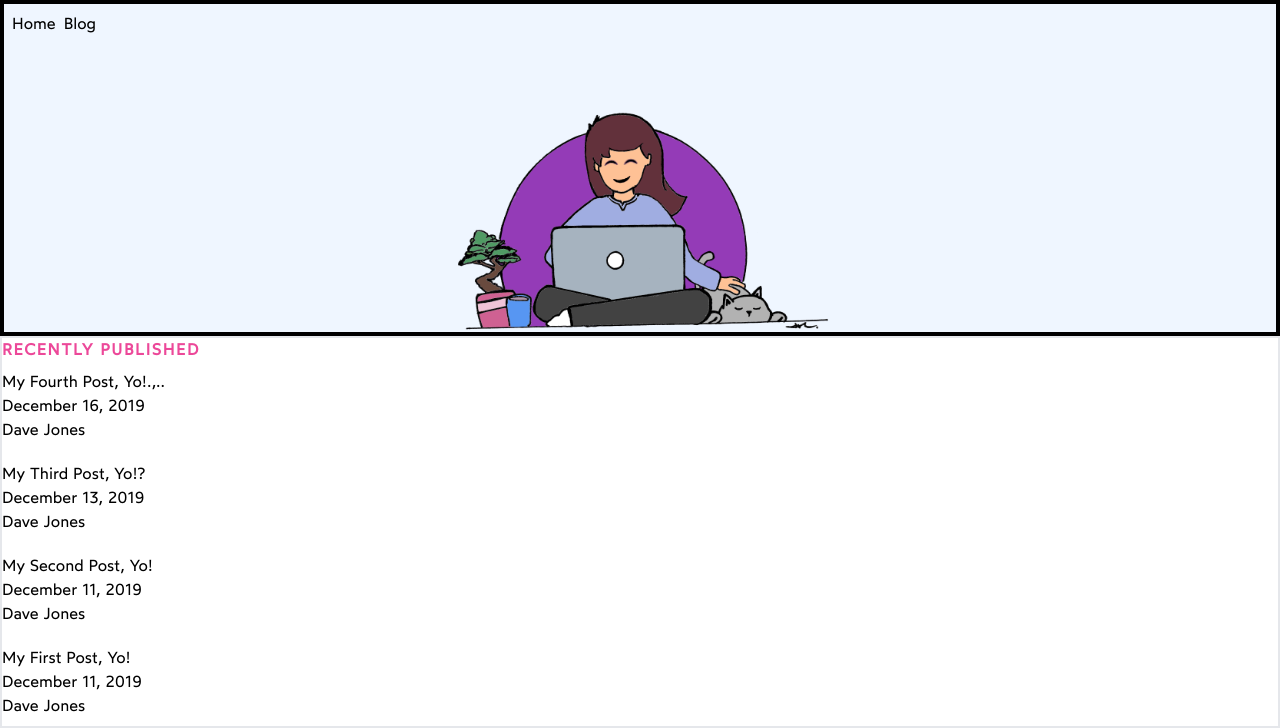
Repository: Risclover/markdown-blog
Page: /
These files come from the project's save history. The page is drawn as it stood at one moment and after the next save; the edit follows.
The browser window is 1280 px wide. The pictures show the whole page.
The project was rebuilt for these pictures with package versions that can differ from the ones it lists, and the page was loaded fresh each time.

Above is the page before, as saved 2023-06-28 13:11:46.

### src/index.js
import React from "react";
import ReactDOM from "react-dom/client";
import { BrowserRouter as Router } from "react-router-dom";
import "./fonts/wotfard-cufonfonts-webfont/style.css";

import "./index.css";
import App from "./App";

const root = ReactDOM.createRoot(document.getElementById("root"));
root.render(
  <Router>
    <App />
  </Router>
);

### src/fonts/wotfard-cufonfonts-webfont/style.css
/* #### Generated By: http://www.cufonfonts.com #### */

    @font-face {
    font-family: 'Wotfard Regular';
    font-style: normal;
    font-weight: normal;
    src: local('Wotfard Regular'), url('Wotfard-Regular.woff') format('woff');
    }

### src/index.css
*,
*::before,
*::after {
  box-sizing: border-box;
}
* {
  margin: 0;
}
body {
  line-height: 1.5;
  min-height: 100vh;
  -webkit-font-smoothing: antialiased;
}
img,
picture,
video,
canvas,
svg {
  display: block;
  max-width: 100%;
}
input,
button,
textarea,
select {
  font: inherit;
}
p,
h1,
h2,
h3,
h4,
h5,
h6 {
  overflow-wrap: break-word;
}
#root,
#__next {
  isolation: isolate;
}

### src/App.js
import "./App.css";
import { Route, Routes } from "react-router-dom";
import Home from "./pages/Home";
import NavBar from "./components/NavBar";
import Header from "./components/Header";
import HomeHeader from "./components/HomeHeader";

function App() {
  return (
    <div className="bg-white-100 min-h-screen">
      <Header>
        <NavBar />
        <HomeHeader />
      </Header>
      <div className="m-auto">
        <Routes>
          <Route path="/" element={<Home />} />
        </Routes>
      </div>
    </div>
  );
}

export default App;

### src/pages/Home.js
import React, { useEffect } from "react";
import postList from "../posts.json";
import HomeHeader from "../components/HomeHeader";

export default function Home() {
  console.log(postList);

  postList.sort((a, b) => {
    let aPost = a.timestamp;
    let bPost = b.timestamp;

    return bPost - aPost;
  });

  return (
    <div className="container font-sans mx-auto border-2 border-black-4 max-w-screen-xl w-full">
      <h2 className="uppercase text-base font-semibold tracking-widest text-pink-500">
        Recently Published
      </h2>
      <div className="grid grid-cols-1 gap-1 grid-flow-row ">
        {postList.map((post) => (
          <div key={post.id} className="container py-2 bg-white">
            <div className="">{post.title}</div>
            <div>{post.date}</div>
            <div>{post.author}</div>
          </div>
        ))}
      </div>
    </div>
  );
}

### src/components/NavBar.js
import React from "react";

export default function NavBar() {
  return (
    <div className="py-2">
      <ul className="flex">
        <li className="mx-2">Home</li>
        <li>Blog</li>
      </ul>
    </div>
  );
}

### src/components/Header.js
import React from "react";

export default function Header({ children }) {
  return (
    <header className="border-2 border-black w-full bg-blue-50 flex flex-col">
      <div className="max-w-screen-xl w-full mx-auto border-2 border-black">
        {children}
      </div>
    </header>
  );
}

### src/components/HomeHeader.js
import React from "react";
import Avatar from "../images/avatar.png";
export default function HomeHeader() {
  return (
    <div className="h-72 flex flex-col justify-end">
      <div>
        <img className="w-96 m-auto border-black-4" src={Avatar} />
      </div>
    </div>
  );
}

### src/posts.json
[{"id":4,"title":"My Third Post, Yo!?","subtitle":"No subtitle given","description":"No description given","author":"Dave Jones","date":"December 13, 2019","timestamp":1576224000,"content":"\nWelcome to My Blog. _It's a beautiful thing._ I hope you'll have as much fun reading my posts as I have writing them. Well, before we go any further, allow me to introduce myself. I'm Dave Jones. I'm 34, and from Montreal, Canada.\n"},{"id":3,"title":"My Second Post, Yo!","subtitle":"No subtitle given","description":"No description given","author":"Dave Jones","date":"December 11, 2019","timestamp":1576051200,"content":"\nWelcome to My Blog. _It's a beautiful thing._ I hope you'll have as much fun reading my posts as I have writing them. Well, before we go any further, allow me to introduce myself. I'm Dave Jones. I'm 34, and from Montreal, Canada.\n"},{"id":2,"title":"My Fourth Post, Yo!.,..","subtitle":"No subtitle given","description":"No description given","author":"Dave Jones","date":"December 16, 2019","timestamp":1576483200,"content":"\nWelcome to My Blog. _It's a beautiful thing._ I hope you'll have as much fun reading my posts as I have writing them. Well, before we go any further, allow me to introduce myself. I'm Dave Jones. I'm 34, and from Montreal, Canada.\n"},{"id":1,"title":"My First Post, Yo!","subtitle":"This is a subtitle.","description":"Happy Pride month! In this tutorial, I'll share a handful of my favourite animation tricks. You'll learn how to build an animated wavy pride flag using CSS keyframes and linear gradients. We'll also see how to make it dynamic using React. 🏳️‍🌈","author":"Dave Jones","date":"December 11, 2019","timestamp":1576051200,"content":"\nWelcome to My Blog. _It's a beautiful thing._ I hope you'll have as much fun reading my posts as I have writing them. Well, before we go any further, allow me to introduce myself. I'm Dave Jones. I'm 34, and from Montreal, Canada.\n"}]

### tailwind.config.js
/** @type {import('tailwindcss').Config} */
module.exports = {
  content: [
    "./app/**/*.{js,ts,jsx,tsx,mdx}",
    "./pages/**/*.{js,ts,jsx,tsx,mdx}",
    "./components/**/*.{js,ts,jsx,tsx,mdx}",

    // Or if using `src` directory:
    "./src/**/*.{js,ts,jsx,tsx,mdx}",
  ],
  theme: {
    fontFamily: {
      sans: ["Wotfard Regular", "sans-serif"],
    },
    extend: {},
  },
  plugins: [],
};

Loaded but not shown: public/index.html (common file); src/App.css (common file)

After the next save:
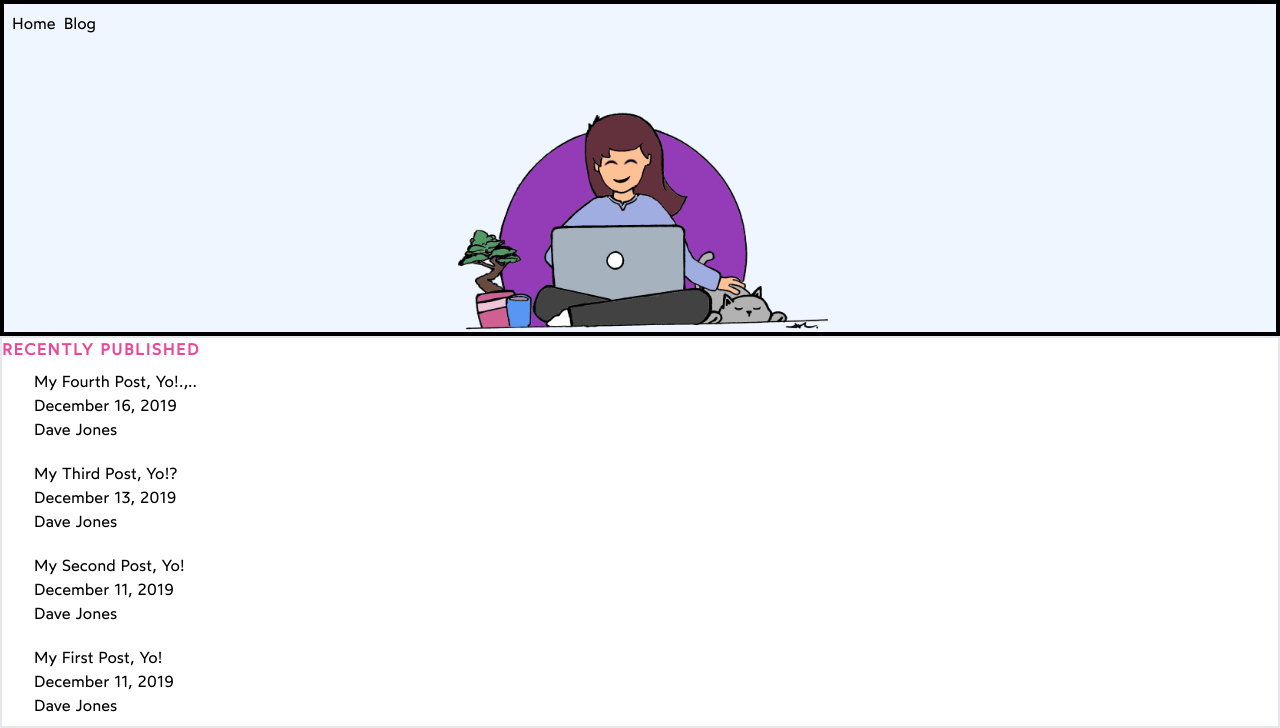
Saved 47 min 46 s later.
--- a/src/pages/Home.js
+++ b/src/pages/Home.js
@@ -17,7 +17,7 @@
       <h2 className="uppercase text-base font-semibold tracking-widest text-pink-500">
         Recently Published
       </h2>
-      <div className="grid grid-cols-1 gap-1 grid-flow-row ">
+      <div className="grid grid-cols-1 gap-1 grid-flow-row px-8">
         {postList.map((post) => (
           <div key={post.id} className="container py-2 bg-white">
             <div className="">{post.title}</div>

After the 4 saves that followed:
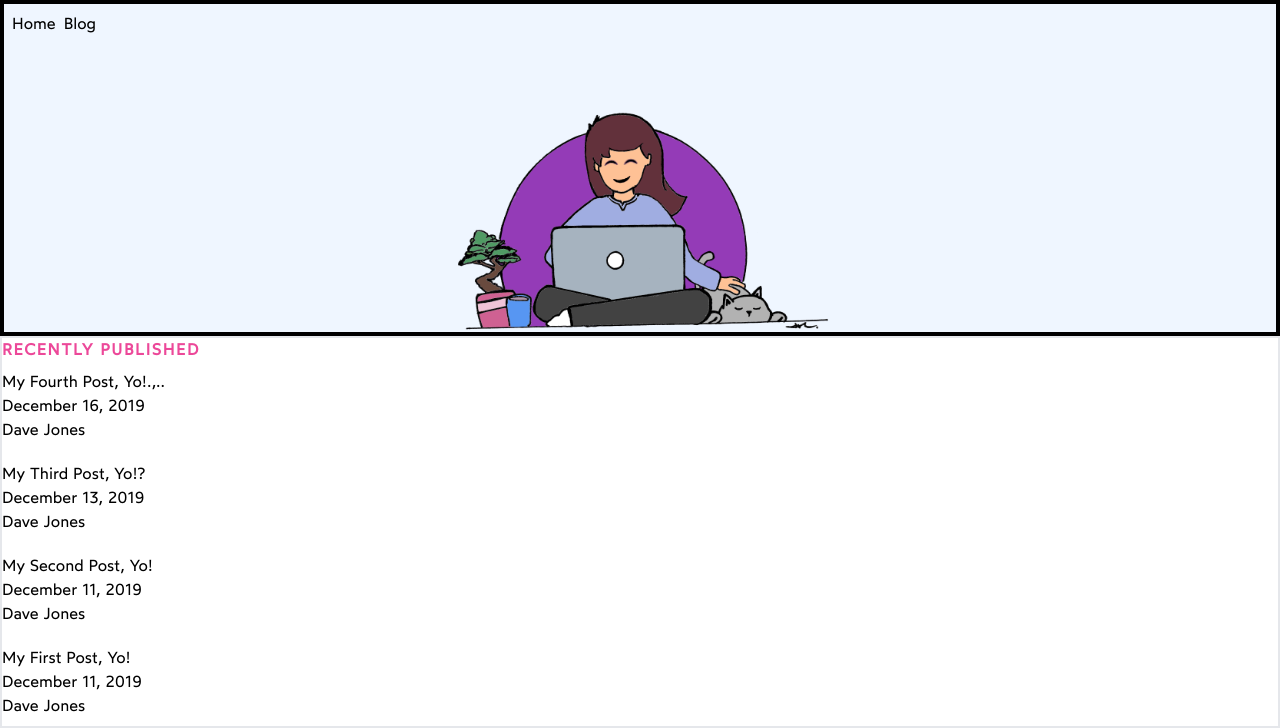
The 4 saves are shown as one change because they came seconds apart.
The last was saved 19 s later.
--- a/src/pages/Home.js
+++ b/src/pages/Home.js
@@ -17,7 +17,7 @@
       <h2 className="uppercase text-base font-semibold tracking-widest text-pink-500">
         Recently Published
       </h2>
-      <div className="grid grid-cols-1 gap-1 grid-flow-row px-8">
+      <div className="grid grid-cols-1 gap-1 grid-flow-row ">
         {postList.map((post) => (
           <div key={post.id} className="container py-2 bg-white">
             <div className="">{post.title}</div>
